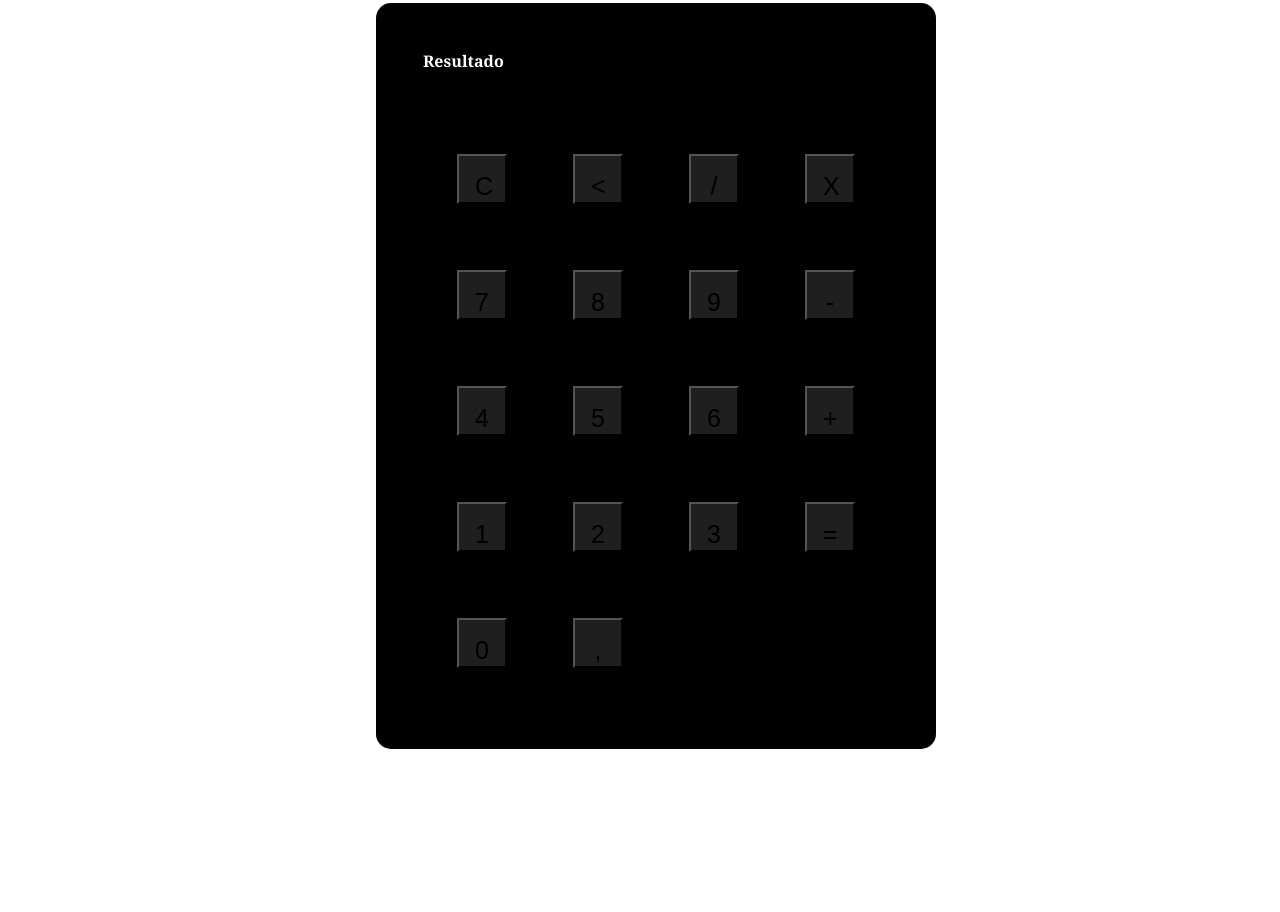
Repository: marllon-hetzler/calculadora.js
Page: interface.html
The author's editor kept a copy of each file at every save. The page is drawn from the files as they stood at one save, then again after the next save.
The browser window is 1280 px wide. The pictures show the whole page.

Above is the page before, as saved 2022-11-04 19:18:12.

After the next save:
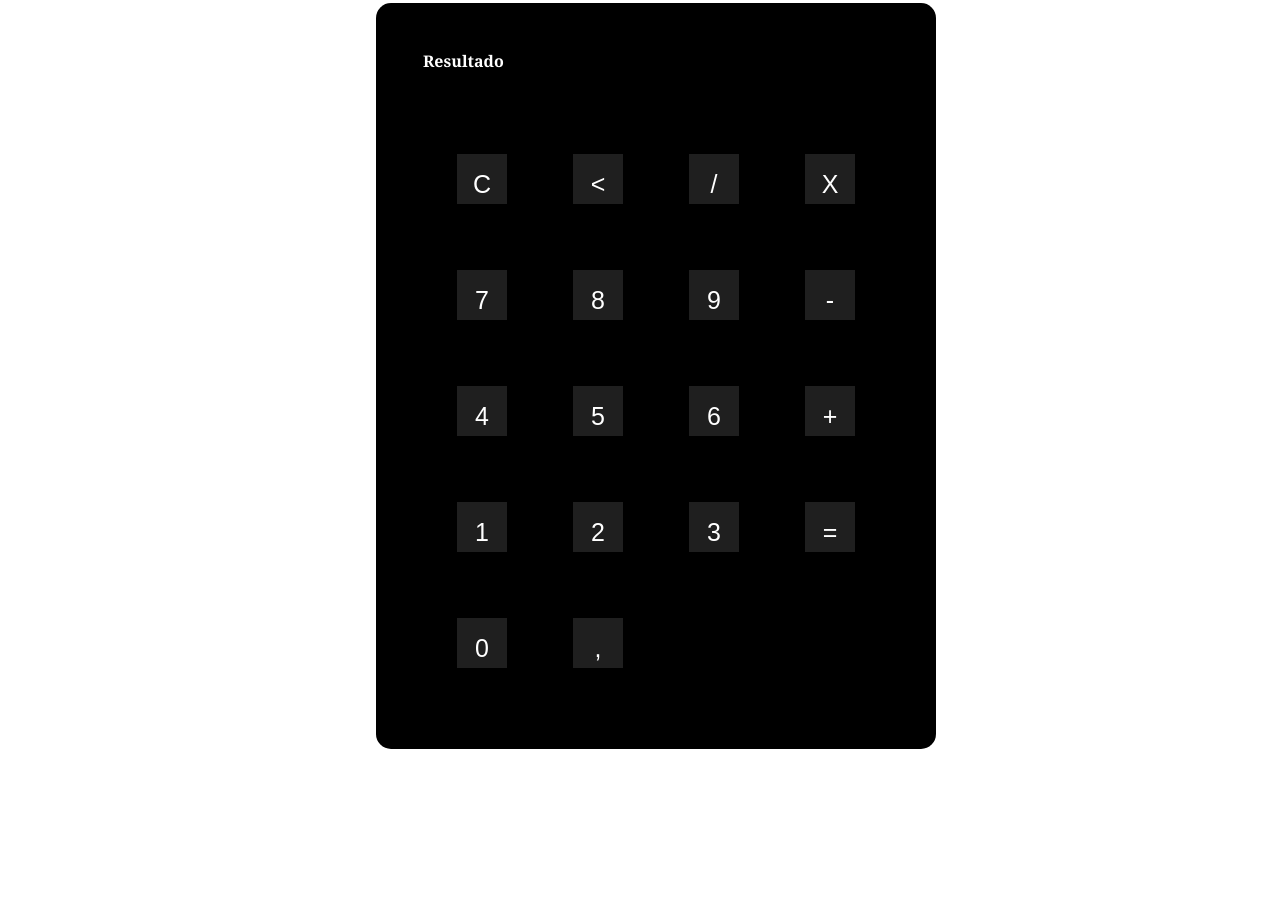
Saved 82 s later.
--- a/interface.html
+++ b/interface.html
@@ -37,6 +37,8 @@
             font-size: 25px;
             cursor:pointer;
             background-color: rgb(31,31,31) ;
+            border: none;
+            color:white
 
             }
     </style>
